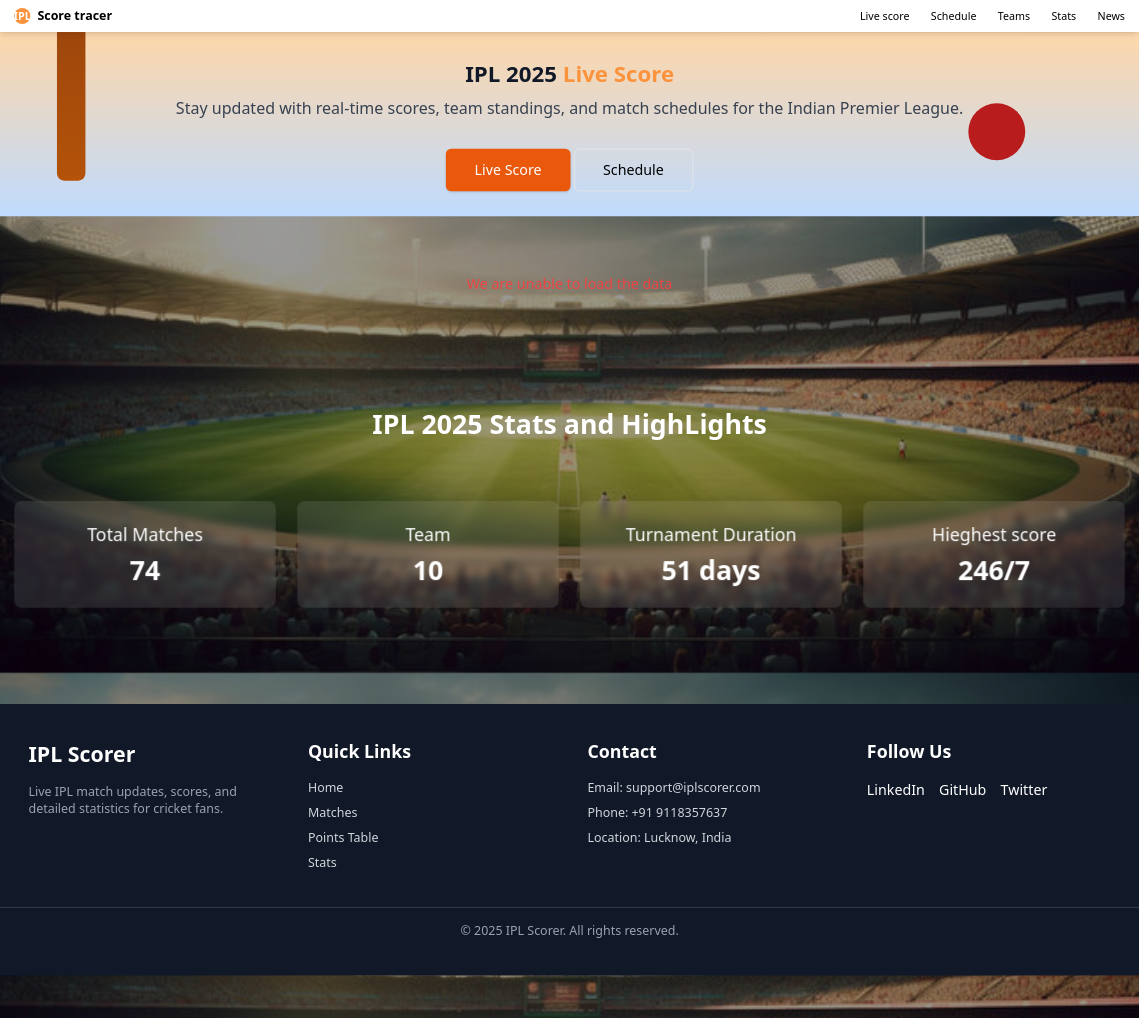
Repository: GauraVPandeyyy/IPL_PointsTable
Page: /
An editor plug-in stored every save of this project. The page is shown before and after a run of saves, followed by the edit.
The browser window is 1280 px wide. The pictures show the whole page, at 89% of full size.
The page's requests for data from a server got no answer. Backgrounds fixed to the window are drawn as part of the page. Some web libraries are served in a nearby version. The project was rebuilt for these pictures with package versions that can differ from the ones it lists, and the page was loaded fresh each time. No one was signed in, and anything a server would have sent is missing. Also part of the build but not shown: vite.config.js.

Above is the page before, as saved 2025-04-18 16:22:02.

After the next 2 saves:
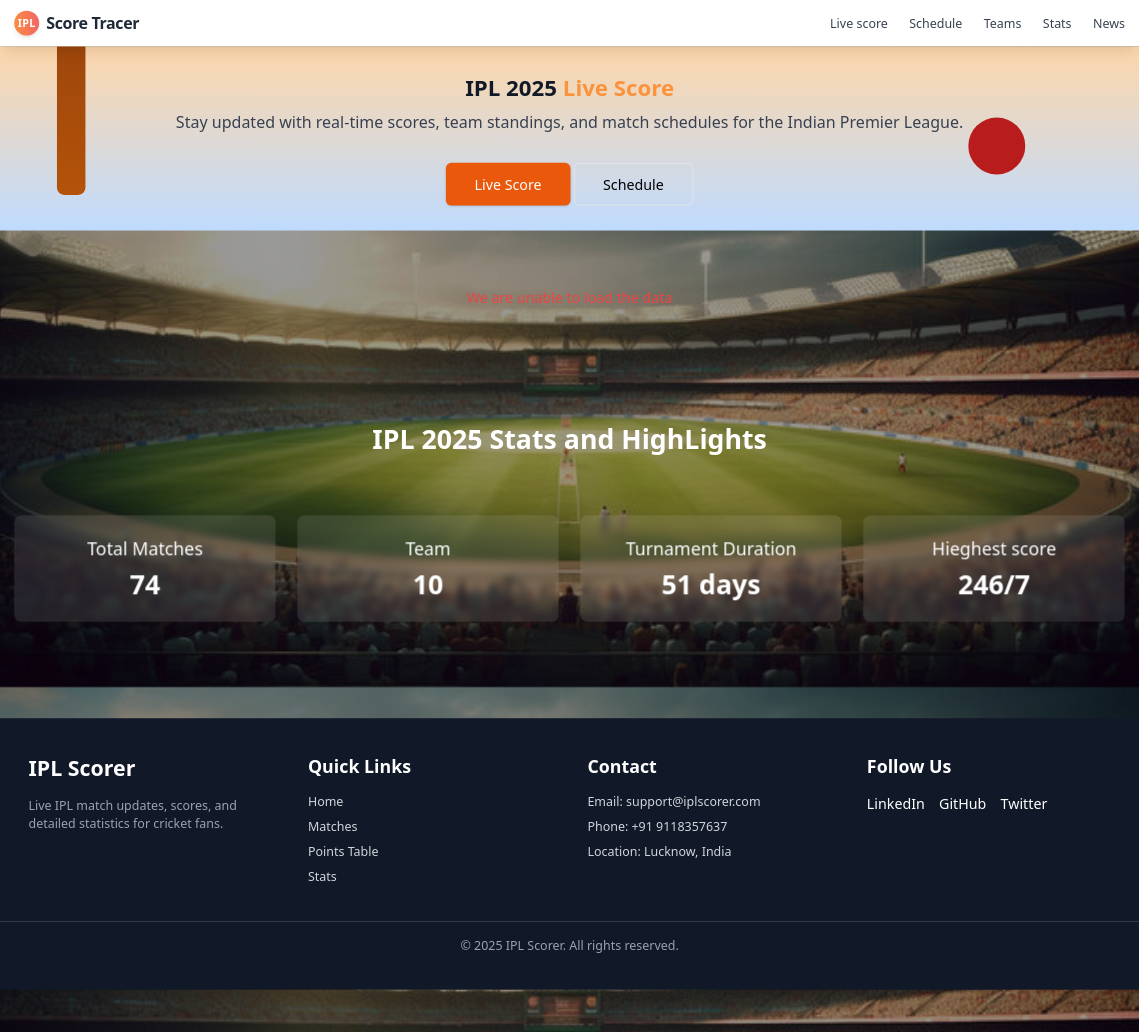
The 2 saves are shown as one change because they came seconds apart.
The last was saved 91 s later.
--- a/src/components/Header.jsx
+++ b/src/components/Header.jsx
@@ -15,50 +15,53 @@ export default function Header() {
     setIsOpen(!isopen);
   };
   return (
-
-    <div className="sticky h-9 pb-5 pt-2 top-0 z-50 bg-white shadow-md">
+    <div className="sticky top-0 z-50 bg-white shadow-lg py-3">
       <div className="container mx-auto px-4">
-        {/* Logo */}
-        <div className="flex items-center justify-between h-[20px]">
-          <Link className="flex items-center space-x-2">
-            <div className="h-[18px] w-[18px] bg-orange-400 rounded-full flex items-center justify-center">
-              <span className="text-[12px] text-white font-bold">IPL</span>
+        {/* Top Nav */}
+        <div className="flex items-center justify-between">
+          {/* Logo */}
+          <Link to="/" className="flex items-center gap-2">
+            <div className="h-7 w-7 bg-gradient-to-r from-orange-500 to-red-500 rounded-full flex items-center justify-center shadow-md animate-pulse">
+              <span className="text-xs text-white font-extrabold tracking-wide">IPL</span>
             </div>
-            <span className="text-black font-bold text-sm">Score tracer</span>
+            <span className="text-lg font-bold text-gray-800 tracking-tight">
+              Score Tracer
+            </span>
           </Link>
 
-          {/* Desktop */}
-          <div className="hidden md:flex space-x-6">
-            {link.map((link, index) => (
+          {/* Desktop Nav Links */}
+          <div className="hidden md:flex gap-6">
+            {link.map((item, index) => (
               <Link
-                to={link.path}
+                to={item.path}
                 key={index}
-                className={`text-[12px] text-black font-medium transition-colors hover:text-orange-600`}
+                className="text-sm font-medium text-gray-700 hover:text-orange-600 transition-all duration-200"
               >
-                {link.name}
+                {item.name}
               </Link>
             ))}
           </div>
-          {/* mobile */}
+
+          {/* Mobile Nav Toggle */}
           <button
             className="md:hidden p-2 rounded-md text-gray-700 hover:bg-gray-100"
             onClick={toggleMenu}
           >
-            {isopen ? <X size={18} /> : <Menu size={18} />}
+            {isopen ? <X size={20} /> : <Menu size={20} />}
           </button>
         </div>
 
-        {/* Mobile navLinks */}
+        {/* Mobile Navigation */}
         {isopen && (
-          <div className="md:hidden py-4 border-t">
-            <div className="flex flex-col space-y-4">
-              {link.map((items, index) => (
+          <div className="md:hidden mt-3 bg-gray-50 rounded-lg p-4 shadow-inner">
+            <div className="flex flex-col gap-3">
+              {link.map((item, index) => (
                 <Link
                   key={index}
-                  to={link.path}
-                  className="text-sm font-medium transition-color hover:text-orange-600"
+                  to={item.path}
+                  className="text-sm font-semibold text-gray-700 hover:text-orange-500"
                 >
-                  {items.name}
+                  {item.name}
                 </Link>
               ))}
             </div>
@@ -66,5 +69,6 @@ export default function Header() {
         )}
       </div>
     </div>
+
   );
 }
